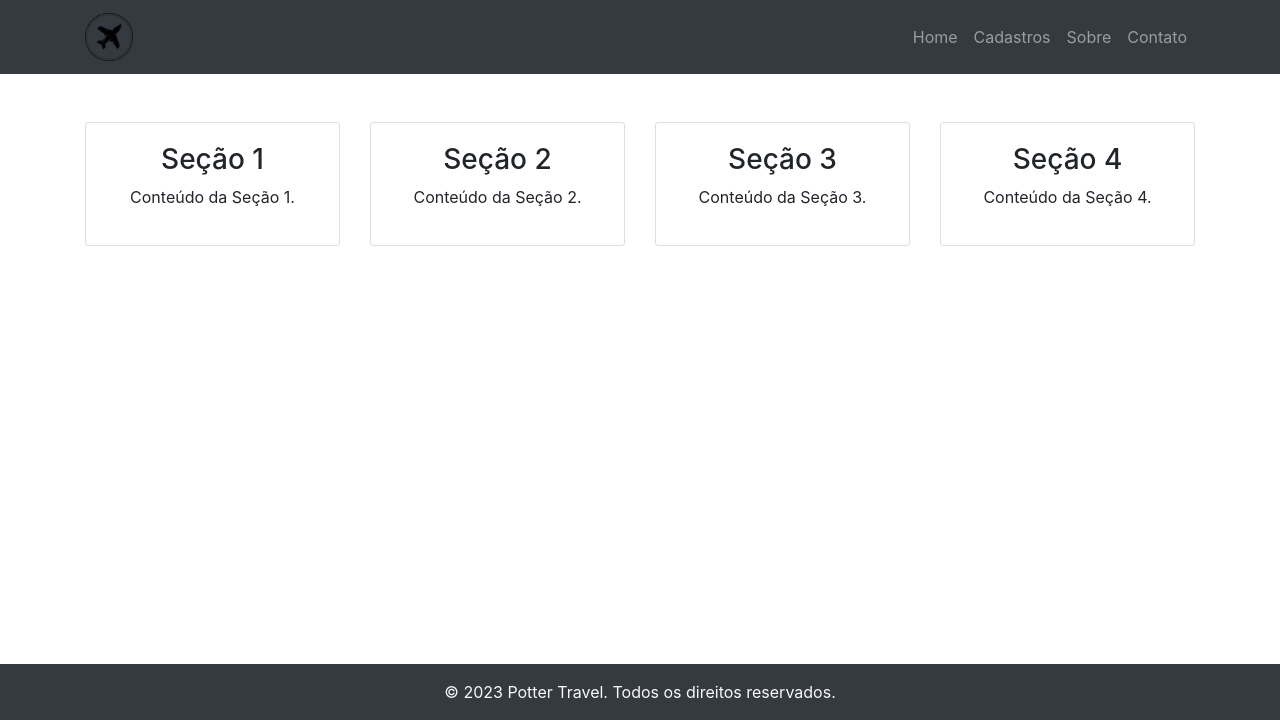
Repository: marcelledssantos/PotterTravel-MVC
Page: PotterTravel-MVC/src/main/webapp/index.html
An editor plug-in stored every save of this project. The page is shown before and after the next save, followed by the edit.
The browser window is 1280 px wide. The pictures show the whole page.
Some web libraries are served in a nearby version.

Above is the page before, as saved 2023-11-01 03:30:20.

After the next save:
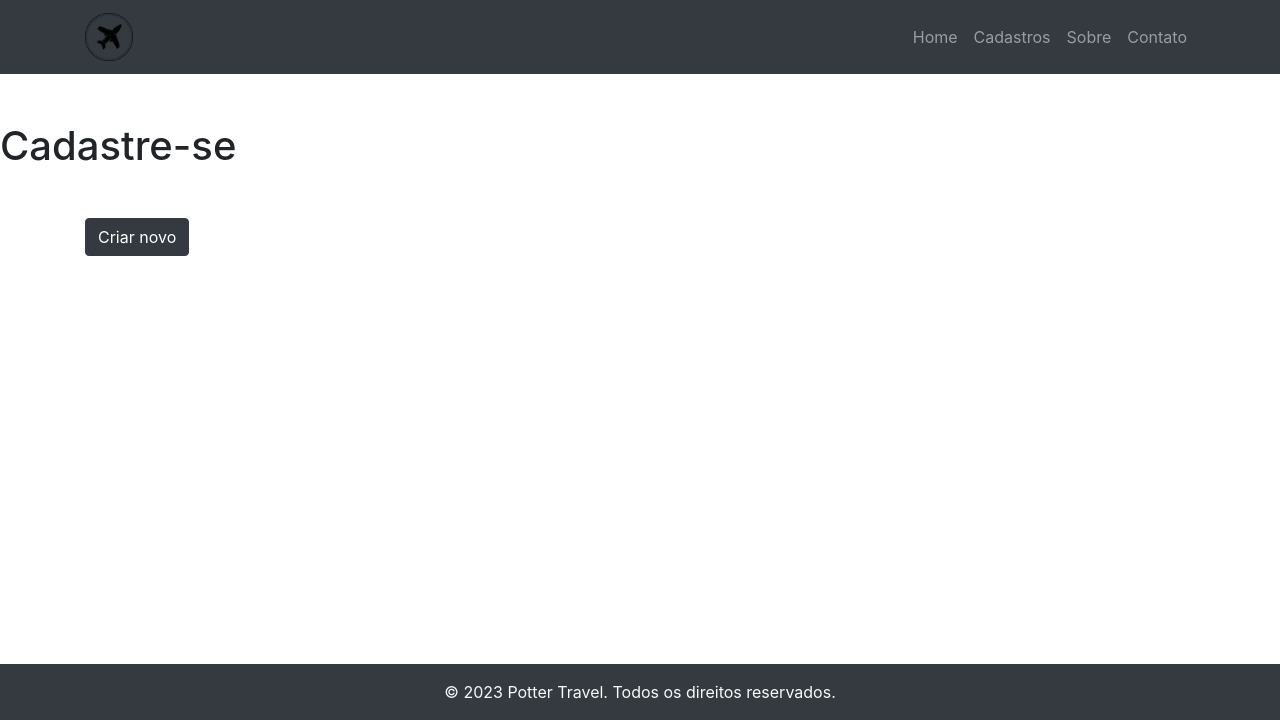
Saved 38 h 27 min later.
--- a/PotterTravel-MVC/src/main/webapp/index.html
+++ b/PotterTravel-MVC/src/main/webapp/index.html
@@ -38,42 +38,9 @@
     </header>
 
     <!-- Corpo da Página -->
-    <div class="container text-center mt-5">
-        <div class="row">
-            <div class="col-md-3">
-                <div class="card">
-                    <div class="card-body">
-                        <h3>Seção 1</h3>
-                        <p>Conteúdo da Seção 1.</p>
-                    </div>
-                </div>
-            </div>
-            <div class="col-md-3">
-                <div class="card">
-                    <div class="card-body">
-                        <h3>Seção 2</h3>
-                        <p>Conteúdo da Seção 2.</p>
-                    </div>
-                </div>
-            </div>
-            <div class="col-md-3">
-                <div class="card">
-                    <div class="card-body">
-                        <h3>Seção 3</h3>
-                        <p>Conteúdo da Seção 3.</p>
-                    </div>
-                </div>
-            </div>
-            <div class="col-md-3">
-                <div class="card">
-                    <div class="card-body">
-                        <h3>Seção 4</h3>
-                        <p>Conteúdo da Seção 4.</p>
-                    </div>
-                </div>
-            </div>
-        </div>
-    </div>
+   <h1 class="mt-5">Cadastre-se</h1>
+	<div class="container mt-5">
+	<a href="./cadastro.jsp" class="btn btn-dark mb-5">Criar novo</a>
 
     <!-- Rodapé -->
     <footer class="bg-dark text-light text-center py-3 fixed-bottom">
